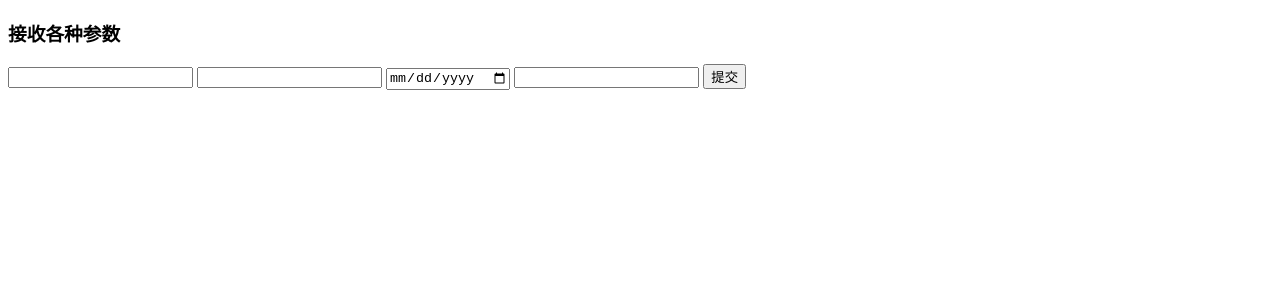
Repository: HelloChuang/HelloChuang-EclipseWorkSpace
Page: http://localhost/SpringMVC_Test/
These files come from the project's save history. The page is drawn as it stood at one moment and after the next save; the edit follows.
The browser window is 1280 px wide. The pictures show the whole page.
The page is served by Tomcat 9.

Above is the page before, as saved 2018-11-02 14:46:40.

After the next save:
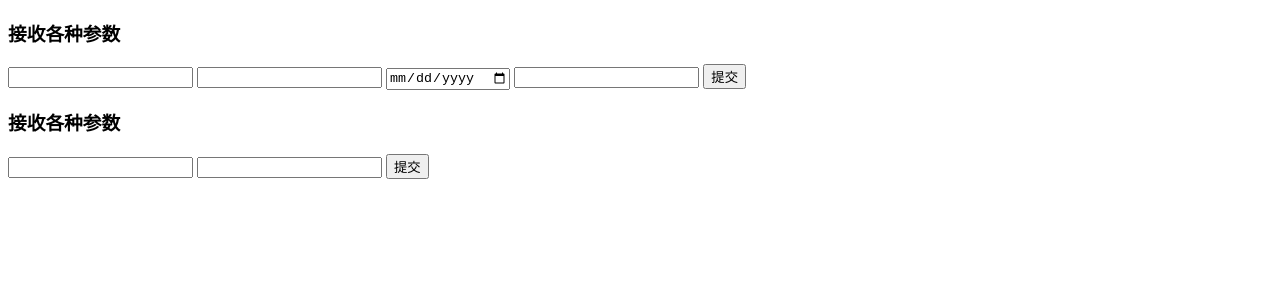
Saved 96 s later.
--- a/EclipseWorkSpace/SpringMVC_Test/src/main/webapp/index.jsp
+++ b/EclipseWorkSpace/SpringMVC_Test/src/main/webapp/index.jsp
@@ -17,5 +17,14 @@
 			<button type="submit">提交</button>
 		</form>
 	</div>
+	<div>
+		<h3>接收各种参数</h3>
+		<form action="ServalAction" method="post">
+			<input type="text" name="uname"/>
+			<input type="number" name="uid"/>
+
+			<button type="submit">提交</button>
+		</form>
+	</div>
 </body>
 </html>
